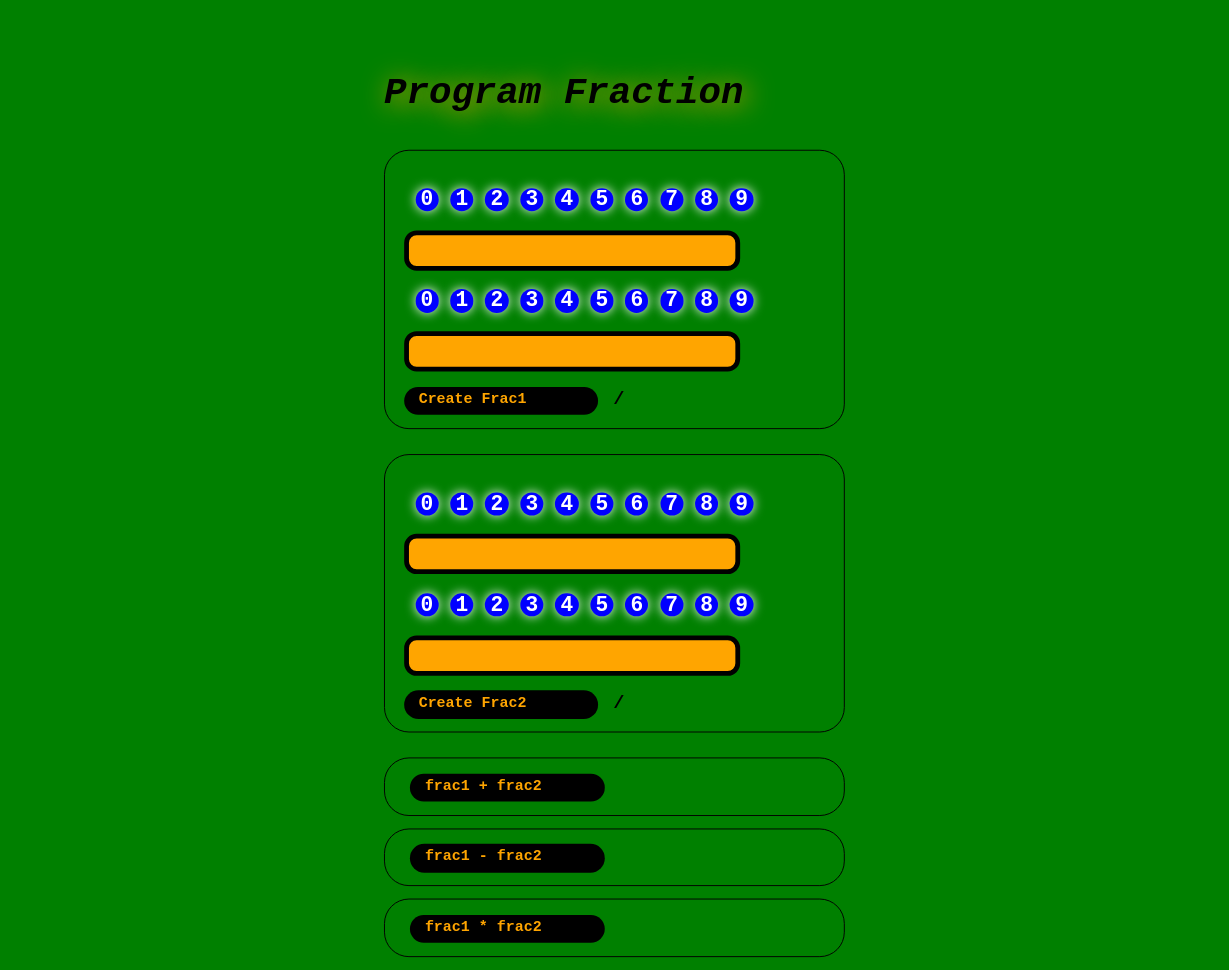
Repository: AndreasAnemyrLNU/1DV404_Iterativ_Mjukvaruutveckling
Page: 3b.html
The author's editor kept a record of every edit. The page is drawn from the files as they stood at one moment, then again after the next edit.
The browser window is 1280 px wide. The pictures show the whole page, at 96% of full size.

Above is the page before.

### 3b.html
<!DOCTYPE html>
<html>
    <head>
        <link rel="stylesheet" href="css/labb3b.css" type="text/css" />
        <meta charset="utf-8"/>
        <title>Uppgift 3b</title>
    </head>
    <body>
        <div id="wrapper">
            <h1>Program Fraction</h1>

            <div class="fracBox">
                <div id= "fracBox1">
                    <div class="box">
                        <div class="nrBox1_1 nrBox">0</div>
                        <div class="nrBox1_1 nrBox">1</div>
                        <div class="nrBox1_1 nrBox">2</div>
                        <div class="nrBox1_1 nrBox">3</div>
                        <div class="nrBox1_1 nrBox">4</div>
                        <div class="nrBox1_1 nrBox">5</div>
                        <div class="nrBox1_1 nrBox">6</div>
                        <div class="nrBox1_1 nrBox">7</div>
                        <div class="nrBox1_1 nrBox">8</div>
                        <div class="nrBox1_1 nrBox">9</div>
                    </div>
                    <form>
                        <input id="frac1_1" type="text" name="" value=""/>
                    </form>
                </div>

                <div id= "fracBox2">
                    <div class="box">
                        <div class="nrBox1_2 nrBox">0</div>
                        <div class="nrBox1_2 nrBox">1</div>
                        <div class="nrBox1_2 nrBox">2</div>
                        <div class="nrBox1_2 nrBox">3</div>
                        <div class="nrBox1_2 nrBox">4</div>
                        <div class="nrBox1_2 nrBox">5</div>
                        <div class="nrBox1_2 nrBox">6</div>
                        <div class="nrBox1_2 nrBox">7</div>
                        <div class="nrBox1_2 nrBox">8</div>
                        <div class="nrBox1_2 nrBox">9</div>
                    </div>
                    <form>
                        <input id="frac1_2" type="text" name="" value=""/>
                    </form>
                </div>
            <a class="doCalc" id="doCalc1">Create Frac1</a><p id="fract1_toString">No fract. gen!</p>
            </div>

            <div class="fracBox">
                <div id= "fracBox1">
                    <div class="box">
                        <div class="nrBox2_1 nrBox">0</div>
                        <div class="nrBox2_1 nrBox">1</div>
                        <div class="nrBox2_1 nrBox">2</div>
                        <div class="nrBox2_1 nrBox">3</div>
                        <div class="nrBox2_1 nrBox">4</div>
                        <div class="nrBox2_1 nrBox">5</div>
                        <div class="nrBox2_1 nrBox">6</div>
                        <div class="nrBox2_1 nrBox">7</div>
                        <div class="nrBox2_1 nrBox">8</div>
                        <div class="nrBox2_1 nrBox">9</div>
                    </div>
                    <form>
                        <input id="frac2_1" type="text" name="" value=""/>
                    </form>
                </div>

                <div id= "fracBox2">
                    <div class="box">
                        <div class="nrBox2_2 nrBox">0</div>
                        <div class="nrBox2_2 nrBox">1</div>
                        <div class="nrBox2_2 nrBox">2</div>
                        <div class="nrBox2_2 nrBox">3</div>
                        <div class="nrBox2_2 nrBox">4</div>
                        <div class="nrBox2_2 nrBox">5</div>
                        <div class="nrBox2_2 nrBox">6</div>
                        <div class="nrBox2_2 nrBox">7</div>
                        <div class="nrBox2_2 nrBox">8</div>
                        <div class="nrBox2_2 nrBox">9</div>
                    </div>
                    <form>
                        <input id="frac2_2" type="text" name="" value=""/>
                    </form>
                </div>
            <a class="doCalc "id="doCalc2">Create Frac2</a><p id="fract2_toString">No fract gen!</p>
            </div>

            <div class="calc">
                <a class="doCalc "id="add">frac1 + frac2</a><p id="fract3_add"></p>
            </div>

            <div class= "calc">
                <a class="doCalc "id="sub">frac1 - frac2</a><p id="fract3_sub"></p>
            </div>

            <div class= "calc">
                <a class="doCalc "id="multiply">frac1 * frac2</a><p id="fract3_multiply"></p>
            </div>


        </div>
        <script type="text/javascript" src="js/3b_Fraction.js"></script>
        <script type="text/javascript" src="js/3b.js"></script>
    </body>
</html>

### css/labb3b.css
/* http://meyerweb.com/eric/tools/css/reset/
   v2.0 | 20110126
   License: none (public domain)
*/

html, body, div, span, applet, object, iframe,
h1, h2, h3, h4, h5, h6, p, blockquote, pre,
a, abbr, acronym, address, big, cite, code,
del, dfn, em, img, ins, kbd, q, s, samp,
small, strike, strong, sub, sup, tt, var,
b, u, i, center,
dl, dt, dd, ol, ul, li,
fieldset, form, label, legend,
table, caption, tbody, tfoot, thead, tr, th, td,
article, aside, canvas, details, embed,
figure, figcaption, footer, header, hgroup,
menu, nav, output, ruby, section, summary,
time, mark, audio, video {
	margin: 0;
	padding: 0;
	border: 0;
	font-size: 100%;
	font: inherit;
	vertical-align: baseline;
}
/* HTML5 display-role reset for older browsers */
article, aside, details, figcaption, figure,
footer, header, hgroup, menu, nav, section {
	display: block;
}
body {
	line-height: 1;
}
ol, ul {
	list-style: none;
}
blockquote, q {
	quotes: none;
}
blockquote:before, blockquote:after,
q:before, q:after {
	content: '';
	content: none;
}
table {
	border-collapse: collapse;
	border-spacing: 0;
}

/*End of Meyser's*/

body{
    background-color: green;
    font-family: monospace;
}
h1{
	text-shadow: orange .1em .1em .7em;
	font-size:3em;
	font-style: italic;
	font-weight:900;
	margin: 1.5em 0 .5em 0;
	padding: .5em 0 .5em 0;
}

input[type="text"]
{
	background-color: orange;
	border: .2em solid black;
    border-radius: .5em;
    font-family: monospace;
    font-size: 2em;
    letter-spacing: .1em;
    text-align: center;
}

form{
	font-family: monospace;
}
p{
	font-size: 1.5em;
	font-weight: 700;
	padding: 1em 0 0 .5em;
}


.block{
    display:block;
}
.calc{
	border: 1px solid black;
	border-radius: 2em;
	display: block;
	height: 4.5em;
	overflow: auto;
	margin: 1em 0;
	padding-left: 2em;
}
.box{
	display: block;
	overflow: auto;
	padding: 1.5em 0 1.5em 0;
}
.doCalc{
	background-color: black;
	border-radius: 1em;
	color: orange;
	display: block;
	float: left;
	font-size: 1.2em;
	font-weight: 900;
	height: 1.5em;
	margin: 1em 1em 0 0;
	padding: .4em 0 0 1em;
	width: 12em;
}
.fracBox{
	border: 1px solid black;
	border-radius: 2em;
	margin-bottom: 2em;
	padding: 1.5em;
}
.leftPad{
	color: orange;
	font-size: 1.5em;
	font-weight: 900;
	padding-left: 1em;
}
.nrBox{
	background-color: blue;
	border-radius: 4em;
	box-shadow: white 0 0 .5em;
	color: white;
	display: block;
	float: left;
	font-size: 1.7em;
	font-weight: 900;
	height: .9em;
	margin: 0 0 0 .55em;
	padding: .1em;
	text-align: center;
	width: .9em;
}

.nrBox:hover{
	background-color: yellow;
	color: black;
	transform: scale(2,2);
}

#frac1, #frac2{
    height: 4em;
    width: 100%;
}
#fracBox1, #fracBox2{
	display: block;
}

#submitButton{
    clear: both;
    display: block;
}

#wrapper{
    margin: auto;
    width: 480px;
}

### js/3b_Fraction.js
"use strict";
  //******************************************************\\
 //Cronstructor Fraction***********************************\\
//                                                          \\
function Fraction(numerator, denominator){


//  numerator
//  ---------
//  denominator

    this.denominator = denominator;
    this.numerator = numerator;
}

 //!START**************************************************\\
//*************************************** PROTOTYPE FRACTION\\

Fraction.prototype.getDenominator = function(){
    return this.denominator;
};

Fraction.prototype.getNumerator = function(){
    return this.numerator;
};

Fraction.prototype.add = function(frac1, frac2){

    var newDenominator = (frac1.getDenominator() !== frac2.getDenominator()) ? (frac1.getDenominator() * frac2.getDenominator()) : frac1.getDenominator();
    var newNumerator   = (frac1.getDenominator() !== frac2.getDenominator()) ? (frac1.getNumerator() * frac2.getDenominator()) + (frac2.getNumerator() * frac1.getDenominator()) : frac1.getNumerator() + frac2.getNumerator();

    return new Fraction(

//  (frac1.getNumerator()     *  frac2.getDenominator())   +   (frac2.getNumerator()   *  frac1.getDenominator()),
//-----------------------      -----------------------       ---------------------      -----------------------
    newNumerator,
    newDenominator
//  (frac1.getDenominator()   *  frac2.getDenominator())

  );

};

Fraction.prototype.multiply = function(frac1, frac2){

    return new Fraction( (frac1.getNumerator() * frac2.getNumerator()) , (frac1.getDenominator() * frac2.getDenominator()));
};

Fraction.prototype.isEqualTo = function (fracobject){
    return this.toString() === fracobject.toString() ? true : false;
};

Fraction.prototype.toString = function(){
    return this.getNumerator() + "/" + this.getDenominator();
};

 //PROTOTYPE CALCULATOR ************************************\\
//***************************************************** END!\\

### js/3b.js
"use strict";
function run(){

        var fractions = [null, null, null];

        var submitter1 = document.querySelector("#doCalc1");
        submitter1.addEventListener("click", readValue1, false);

        var submitter2 = document.querySelector("#doCalc2");
        submitter2.addEventListener("click", readValue2, false);

        var submitter3 = document.querySelector("#multiply");
        submitter3.addEventListener("click", multiply, false);

        var submitter4 = document.querySelector("#add");
        submitter4.addEventListener("click", add, false);

        var submitter5 = document.querySelector("#sub");
        submitter5.addEventListener("click", add, false);

        readValue1();
        readValue2();

        function readValue1(){

        var nrBoxes1_1 = document.querySelectorAll(".nrBox1_1");
        var nrBoxes1_2 = document.querySelectorAll(".nrBox1_2");

        for(var i = 0; i < nrBoxes1_1.length; i++)
        {
            nrBoxes1_1[i].addEventListener("click", createFrac1_1, false);
        }

        for(var i = 0; i < nrBoxes1_2.length; i++)
        {
            nrBoxes1_2[i].addEventListener("click", createFrac1_2, false);
        }

        function createFrac1_1(){
                document.querySelector("#frac1_1").value += this.childNodes[0].nodeValue;
        }
        function createFrac1_2(){
                document.querySelector("#frac1_2").value += this.childNodes[0].nodeValue;
        }

        var value1_1 = document.querySelector("#frac1_1").value;
        var value1_2 = document.querySelector("#frac1_2").value;

        var frac1 = new Fraction(value1_1,value1_2);

        document.querySelector("#fract1_toString").innerHTML = frac1.toString();

        fractions[0] = frac1;
    }

    function readValue2(){

        var nrBoxes2_1 = document.querySelectorAll(".nrBox2_1");
        var nrBoxes2_2 = document.querySelectorAll(".nrBox2_2");

        for(var i = 0; i < nrBoxes2_1.length; i++)
        {
            nrBoxes2_1[i].addEventListener("click", createFrac2_1, false);
        }
        for(var i = 0; i < nrBoxes2_2.length; i++)
        {
            nrBoxes2_2[i].addEventListener("click", createFrac2_2, false);
        }

        function createFrac2_1(){
                document.querySelector("#frac2_1").value += this.childNodes[0].nodeValue;
        }
        function createFrac2_2(){
                document.querySelector("#frac2_2").value += this.childNodes[0].nodeValue;
        }

        var value2_1 = document.querySelector("#frac2_1").value;
        var value2_2 = document.querySelector("#frac2_2").value;

        var frac2 = new Fraction(value2_1,value2_2);

        document.querySelector("#fract2_toString").innerHTML = frac2.toString();

        fractions[1] = frac2;
    }

    function add(){
        var frac3 = Fraction.prototype.add(fractions[0], fractions[1]);

        console.log(frac3.toString());

        document.querySelector("#fract3_add").innerHTML = frac3.toString();
        fractions[2] = frac3;
    }

    function multiply(){
        var frac3 = Fraction.prototype.multiply(fractions[0],fractions[1]);

        document.querySelector("#fract3_multiply").innerHTML = frac3.toString();
        fractions[2] = frac3;

        console.log("Lika bråk? "+fractions[0].isEqualTo(fractions[1]));
    }

}

window.onload = run;

After the next edit:
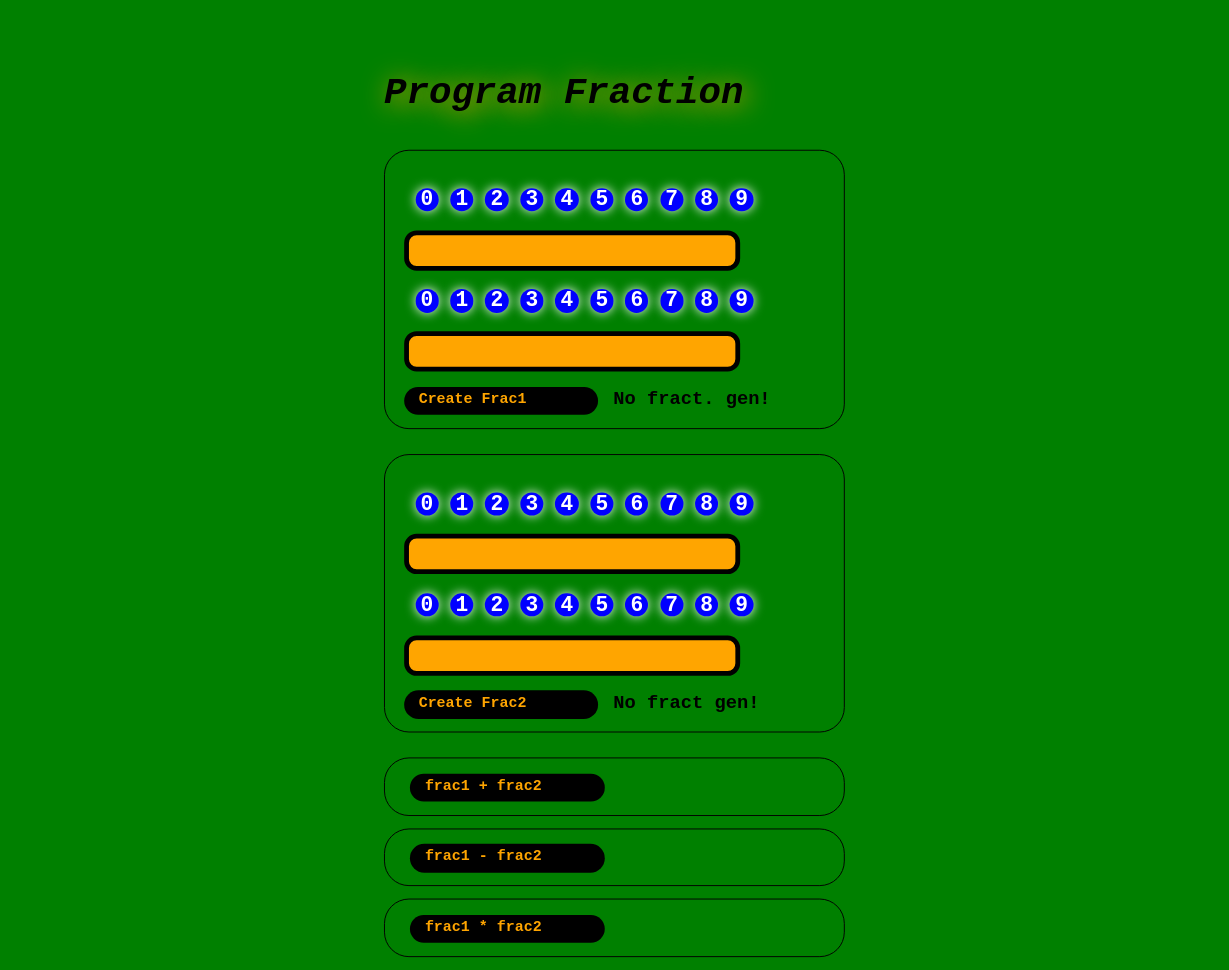
The edit:
--- a/js/3b.js
+++ b/js/3b.js
@@ -18,8 +18,8 @@
         var submitter5 = document.querySelector("#sub");
         submitter5.addEventListener("click", add, false);
 
-        readValue1();
-        readValue2();
+        //readValue1();
+        //readValue2();
 
         function readValue1(){
 

After the 5 edits that followed:
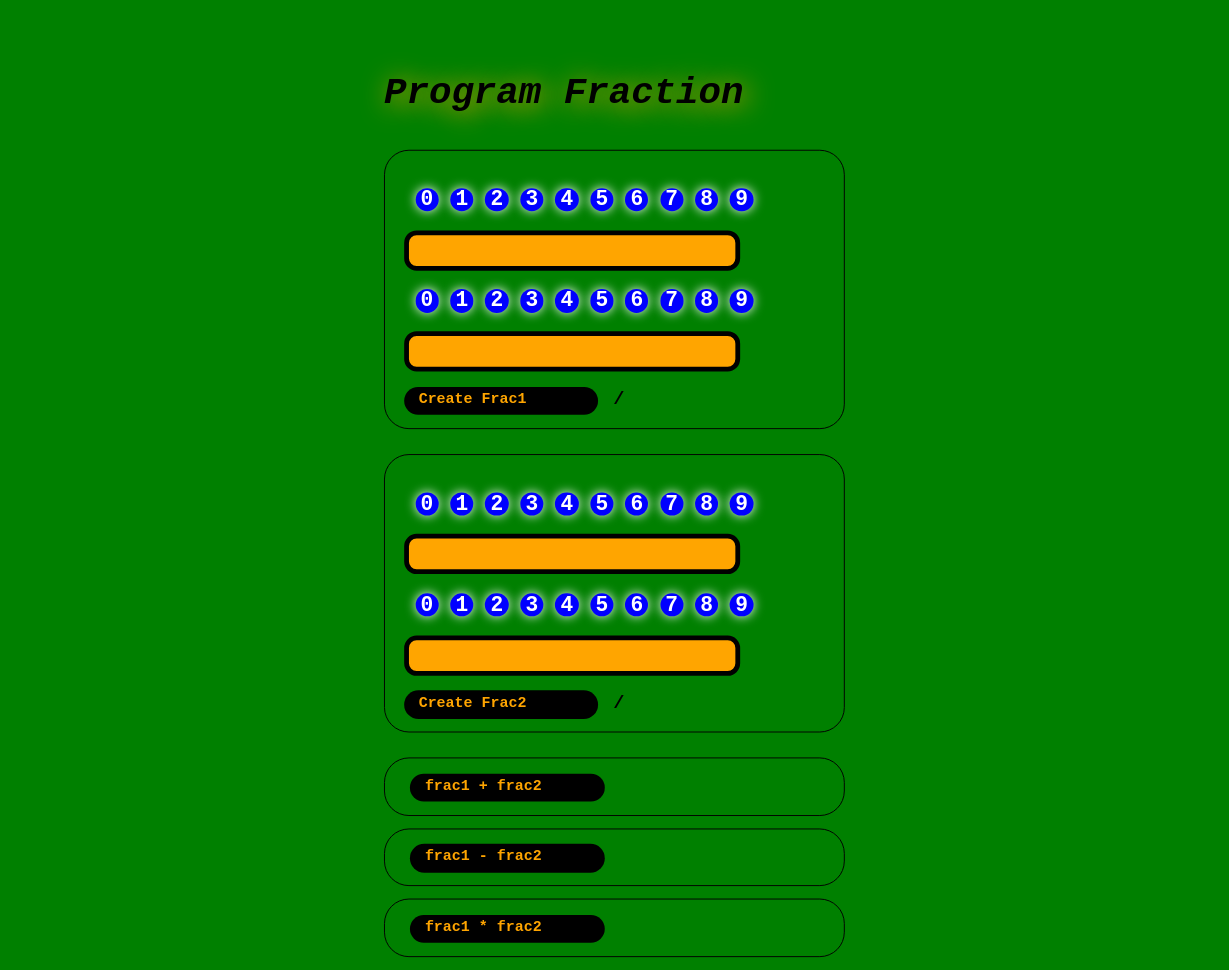
The 5 edits are shown as one change because 4 left the picture as it was.
The edit:
--- a/js/3b.js
+++ b/js/3b.js
@@ -16,10 +16,10 @@
         submitter4.addEventListener("click", add, false);
 
         var submitter5 = document.querySelector("#sub");
-        submitter5.addEventListener("click", add, false);
+        submitter5.addEventListener("click", sub, false);
 
-        //readValue1();
-        //readValue2();
+        readValue1();
+        readValue2();
 
         function readValue1(){
 
@@ -102,6 +102,15 @@
         console.log("Lika bråk? "+fractions[0].isEqualTo(fractions[1]));
     }
 
+    function sub(){
+        var frac3 = Fraction.prototype.sub(fractions[0], fractions[1]);
+
+        console.log(frac3.toString());
+
+        document.querySelector("#fract3_sub").innerHTML = frac3.toString();
+        fractions[2] = frac3;
+    }
+
 }
 
 window.onload = run;
